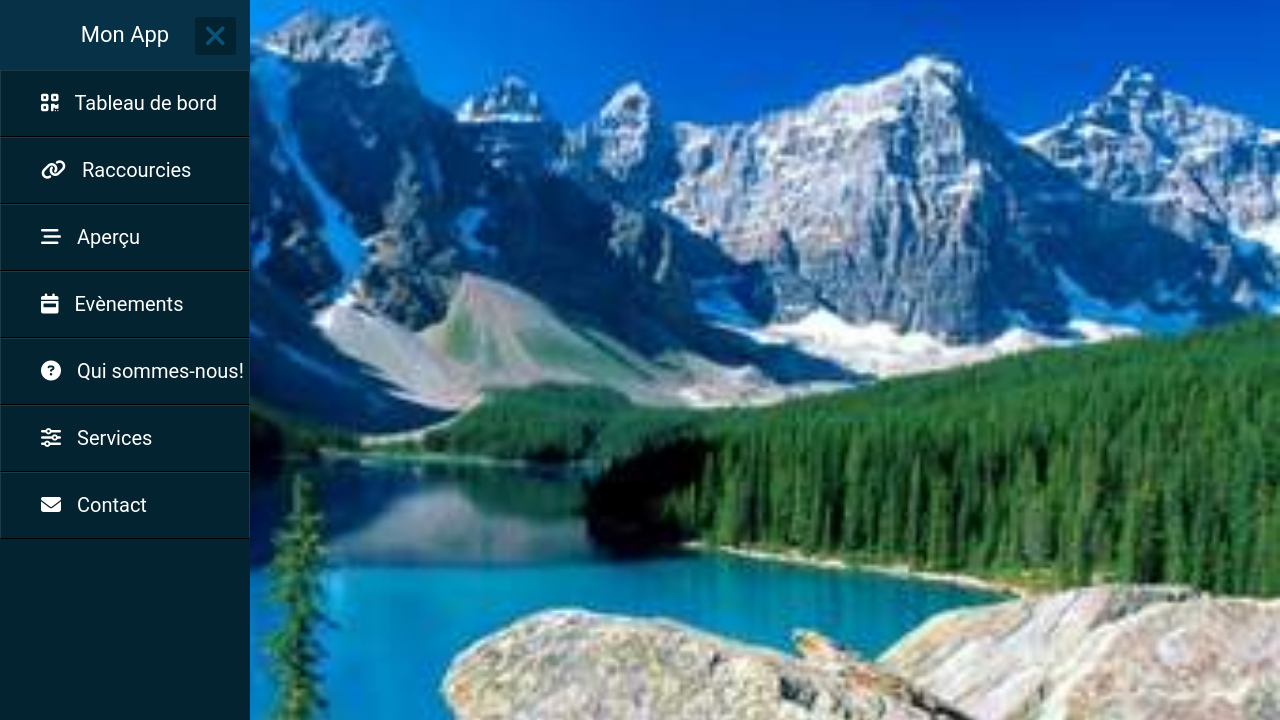
Repository: Alex-Serky/Dossier-Nav
Page: Nav-Sidebar/index.html
The author's editor kept a copy of each file at every save. The page is drawn from the files as they stood at one save, then again after the next save.
The browser window is 1280 px wide. The pictures show the whole page.
The first `#check` is checked.
Some web libraries are served in a nearby version.

Above is the page before, as saved 2020-02-21 14:05:50.

### Nav-Sidebar/index.html
<!DOCTYPE html>
<html lang="en">

<head>
    <meta charset="UTF-8">
    <meta name="viewport" content="width=device-width, initial-scale=1.0">
    <meta http-equiv="X-UA-Compatible" content="ie=edge">
    <link rel="stylesheet" href="style.css">
    <script src="https://kit.fontawesome.com/a076d05399.js"></script>
    <title>Menu design</title>
</head>

<body>
    <input type="checkbox" id="check">
    <label for="check">
        <i class="fas fa-bars" id="btn"></i>
        <i class="fas fa-times" id="cancel"></i>
    </label>
    <div class="sidebar">
        <header>Mon App</header>
        <ul>
            <li><a href="#"><i class="fas fa-qrcode"></i>Tableau de bord</a></li>
            <li><a href="#"><i class="fas fa-link"></i>Raccourcies</a></li>
            <li><a href="#"><i class="fas fa-stream"></i>Aperçu</a></li>
            <li><a href="#"><i class="fas fa-calendar-week"></i>Evènements</a></li>
            <li><a href="#"><i class="fas fa-question-circle"></i>Qui sommes-nous!</a></li>
            <li><a href="#"><i class="fas fa-sliders-h"></i>Services</a></li>
            <li><a href="#"><i class="fas fa-envelope"></i>Contact</a></li>
        </ul>
    </div>
    <section>

    </section>
</body>

</html>

### Nav-Sidebar/style.css
@import url('https://fonts.googleapis.com/');

body {
  font-family: 'Roboto', sans-serif;
}

* {
  margin: 0;
  padding: 0%;
  list-style: none;
  text-decoration: none;
}

.sidebar {
  position: fixed;
  left: -250px;
  width: 250px;
  height: 100%;
  background: #042331;
  transition: all .5s ease;
}

.sidebar header {
  font-size: 22px;
  color: white;
  text-align: center;
  line-height: 70px;
  background: #063146;
  user-select: none;
}

.sidebar ul a {
  display: block;
  height: 100%;
  width: 100%;
  line-height: 65px;
  font-size: 20px;
  color: white;
  padding-left: 40px;
  box-sizing: border-box;
  border: 1px solid rgba(255, 255, 255, .1);
  border-bottom: 1px solid black;
}

ul li:hover a {
  padding-left: 50px;
}

.sidebar ul a i {
  margin-right: 16px;
}

#check {
  display: none;
}

label #btn,
label #cancel {
  position: absolute;
  cursor: pointer;
  background: #042331;
  border-radius: 3px;
}

label #btn {
  left: 40px;
  top: 25px;
  font-size: 35px;
  color: white;
  padding: 6px 12px;
  transition: all .5s;
}

label #cancel {
  z-index: 1111;
  left: -195px;
  top: 17px;
  font-size: 30px;
  color: #0a5275;
  padding: 4px 9px;
  transition: all .5s ease;
}

#check:checked~.sidebar {
  left: 0;
}

#check:checked~label #btn {
  left: 250px;
  opacity: 0;
  pointer-events: none;
}

#check:checked~label #cancel {
  left: 195px;
}

section {
  background: url('background.jpg') no-repeat;
  background-position: center;
  background-size: cover;
  height: 100vh;
}

After the next save:
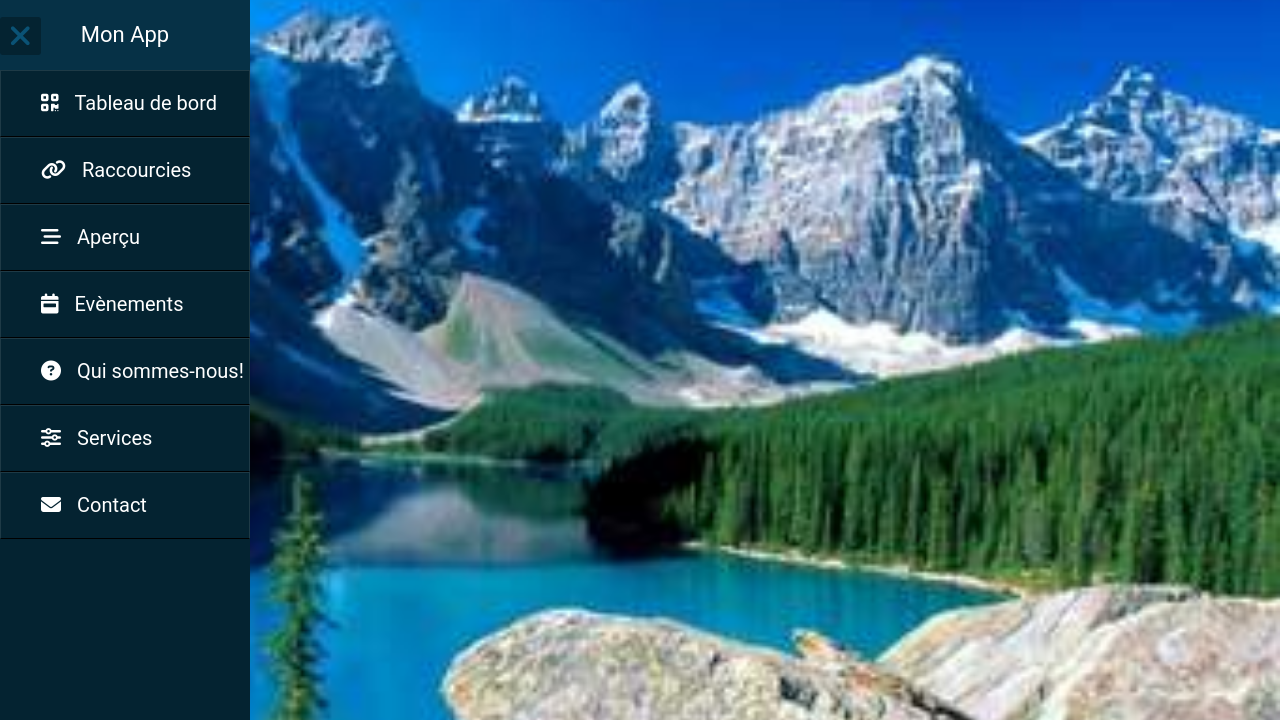
Saved 3 min 3 s later.
--- a/Nav-Sidebar/style.css
+++ b/Nav-Sidebar/style.css
@@ -92,6 +92,10 @@ label #cancel {
 }
 
 #check:checked~label #cancel {
+  margin-left: 195px;
+}
+
+#check:checked~section {
   left: 195px;
 }
 
